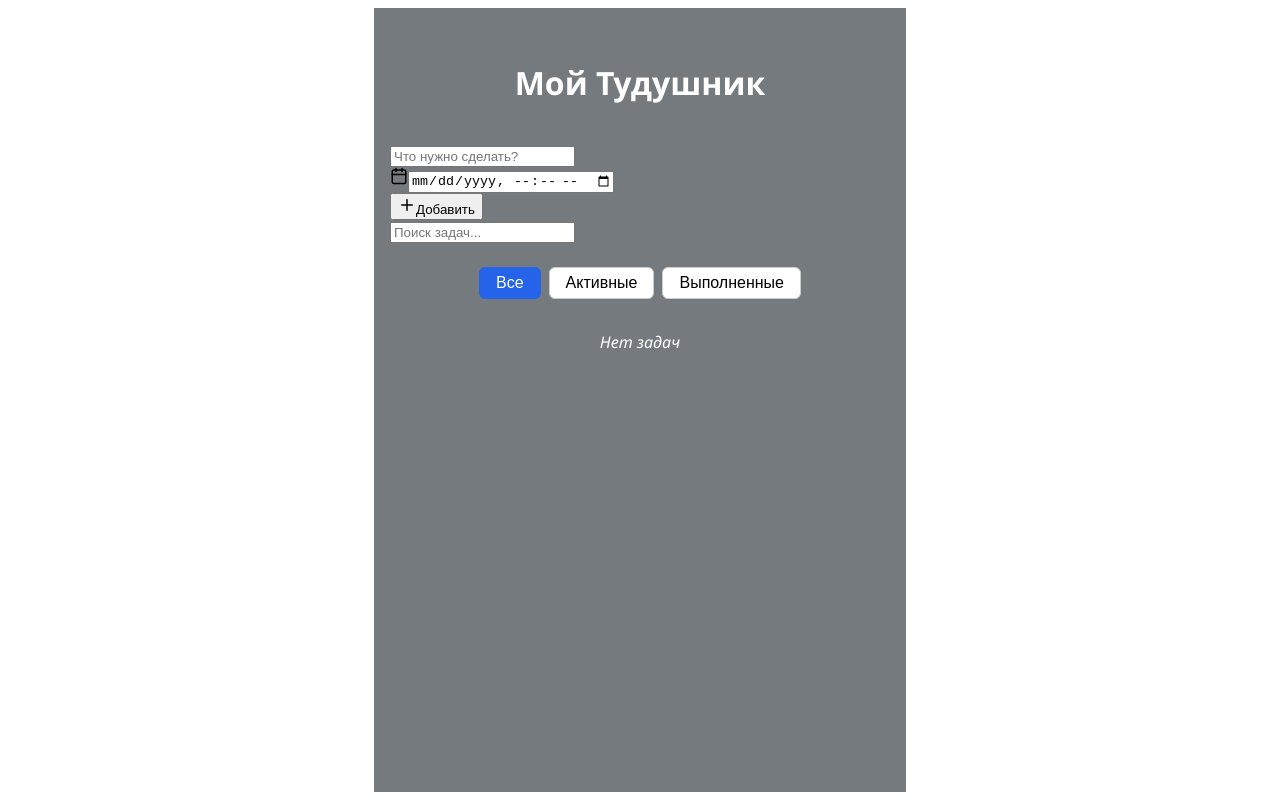
Repository: AlekCawka/-todo-project
Page: /
An editor plug-in stored every save of this project. The page is shown before and after the next save, followed by the edit.
The browser window is 1280 px wide. The pictures show the whole page.
The project was rebuilt for these pictures with package versions that can differ from the ones it lists, and the page was loaded fresh each time. Also part of the build but not shown: vite.config.js, src/components/TodoItem.jsx.

Above is the page before, as saved 2025-08-04 22:39:02.

After the next save:
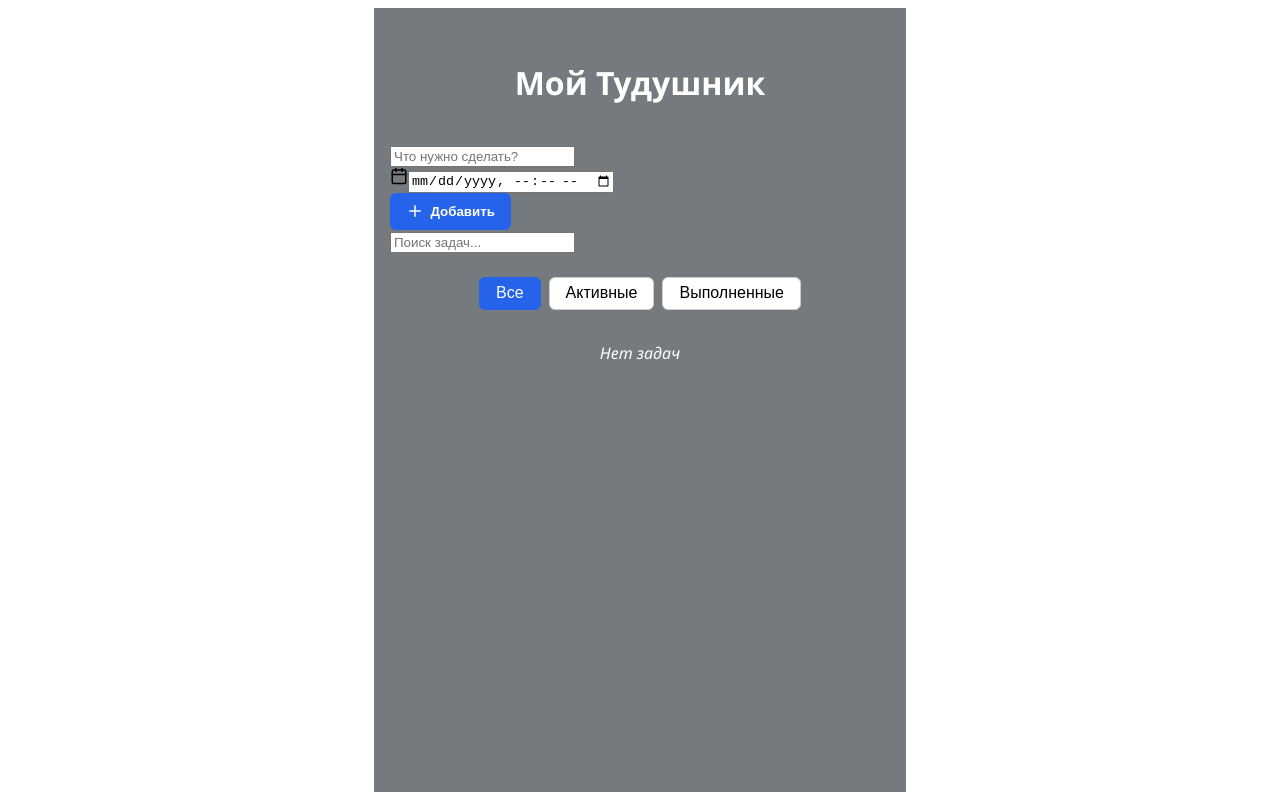
Saved 9 min 5 s later.
--- a/src/components/TodoForm.jsx
+++ b/src/components/TodoForm.jsx
@@ -43,7 +43,7 @@ export const TodoForm = ({ onAdd }) => {
 
             <button
                 type="submit"
-                className="flex items-center justify-center gap-2 bg-blue-600 text-white px-4 py-2 rounded-lg hover:bg-blue-700 transition"
+                className="add-btn"
             >
                 <Plus size={18} />
                 Добавить
